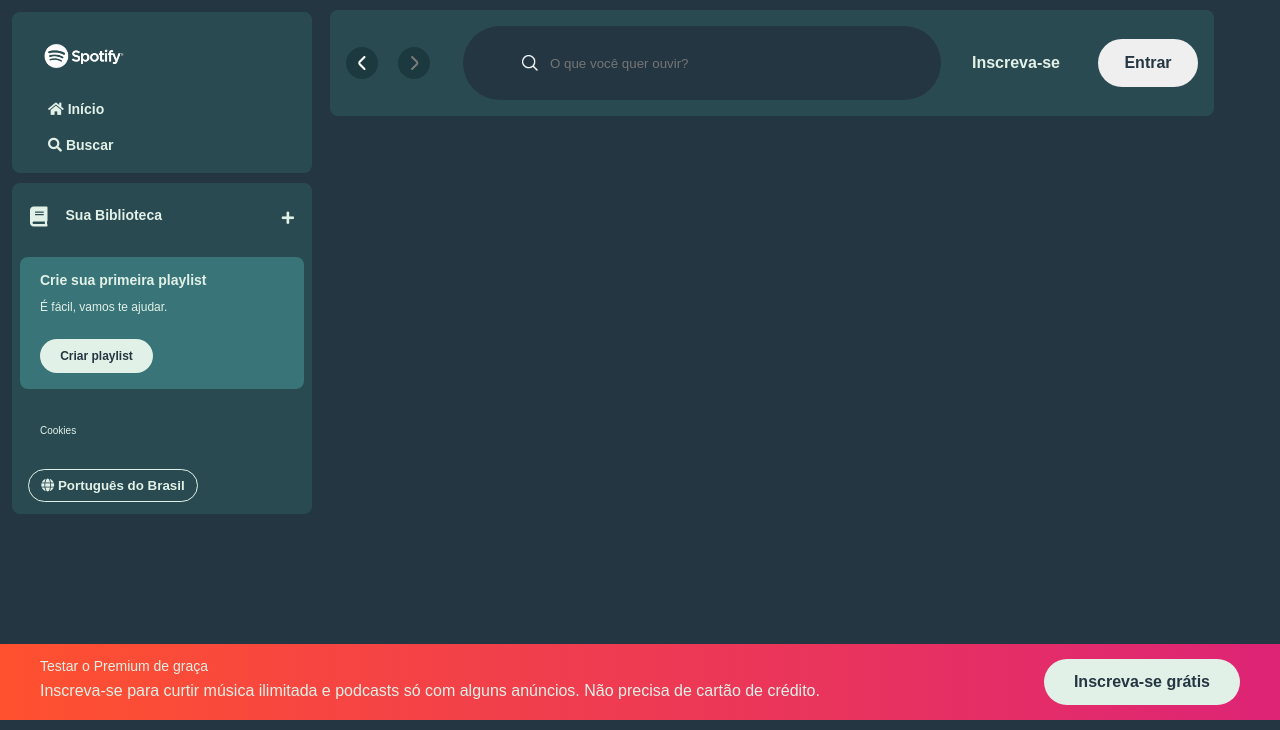
Repository: rafaazevedo-gs/Imers-o-Alura-Front-end
Page: index.html
An editor plug-in stored every save of this project. The page is shown before and after the next save, followed by the edit.
The browser window is 1280 px wide. The pictures show the whole page.

Above is the page before, as saved 2025-01-30 19:51:54.

### index.html
<!DOCTYPE html>
<html lang="pt-BR">
<head>
    <meta charset="UTF-8">
    <meta name="viewport" content="width=device-width, initial-scale=1.0">
    <title>Spotify</title>

    <link rel="stylesheet" href="./src/styles/reset.css">
    <link rel="stylesheet" href="./src/styles/vars.css">
    <link rel="stylesheet" href="./src/styles/sidebar-footer.css">
    <link rel="stylesheet" href="./src/styles/main-content.css">
    <link rel="stylesheet" href="https://use.fontawesome.com/releases/v5.15.4/css/solid.css"/>
    <link rel="stylesheet" href="https://use.fontawesome.com/releases/v5.15.4/css/fontawesome.css"/>

</head>
<body>
    <div class="sidebar">
        <nav class="sidebar__navigation">
            <div class="logo">
                <a href="">
                    <img src="./src/assets/icons/logo-spotify.png" alt="Spotify logo">
                </a>
                </div>
                    <ul>
                        <li>
                            <a href="">
                                <span class="fa fa-home"></span>
                                <span>Início</span>
                            </a>
                        </li>
                        <li>
                            <a href="">
                                <span class="fa fa-search"></span>
                                <span>Buscar</span>
                            </a>
                        </li>
                    </ul>
        </nav>
        <div class="library">
            <div class="library__content">
                <button class="library__button">
                    <span class="fa fas fa-book"></span>
                    <span>Sua Biblioteca</span>
                </button>
                <span class="fa fa-plus"></span>
        </div>

        <section class="section-playlist">
            <div class="section-playlist__content">
                <span class="text title">Crie sua primeira playlist</span>
                <span class="text subtitle">É fácil, vamos te ajudar.</span>
                <button class="section-playlist__button">
                    <span>Criar playlist</span>
                </button>
            </div>
        </section>
        <div class="cookies">
            <a href="">Cookies</a>
        </div>
        <div class="languages">
            <button class="languages__button">
                <span class="fa fa-globe"></span>
                <span>Português do Brasil</span>
            </button>
        </div>
    </div>
</div>

<main>
    <div class="main-container">
        <nav class="header__navigation">
            <div class="navigation">
                <button class="arrow-left">
                    <img src="./src/assets/icons/small-left.png" alt="Seta esquerda">
                </button>
                <button class="arrow-right">
                    <img src="./src/assets/icons/small-right.png" alt="Seta direita">
                </button>
            </div>
            <div class="header__search">
                <img src="./src/assets/icons/search.png" alt="">
                <input id="search-input" type="text" maxlength="800" placeholder="O que você quer ouvir?" />
            </div>
            <div class="header__login">
                <button class="subscribe">Inscreva-se</button>
                <button class="login">Entrar</button>
            </div>
        </nav>
    </div>
</main>

    <footer class="disclaimer-premium">
        <div class="text">
            <p class="disclaimer-premium__title">Testar o Premium de graça</p>
            <p class="disclaimer-premium__subtitle">Inscreva-se para curtir música ilimitada e podcasts só com alguns anúncios. Não precisa de cartão de crédito.</p>
        </div>
        <div class="button">
            <button type="button">Inscreva-se grátis</button>
        </div>
    </footer>

</body>
</html>

### src/styles/vars.css
:root {
/* FONT */
--font-dm-sans: 'DM Sans', sans-serif;

/*COLORS*/
--bg-icon: #2a4a51;
--bg-arrow-color: rgba(23, 50, 56, 0.7);
}

### src/styles/sidebar-footer.css
body {
    background-color: #243642;
    font-family: var(--font-dm-sans)
}

.sidebar {
    position: fixed;
    top: 0;
    left: 0;
    bottom: 0;
    padding: 12px;
    width: 300px;
}

.sidebar__navigation {
    background-color: #2a4a51;
    border-radius: 8px;
    padding: 16px 0 0 16px;
}

.sidebar__navigation .logo {
    background: #2a4a51;
    display: flex;
    border-radius: 8px;
    padding: 16px 0 0 16px;
}

.sidebar__navigation .logo img {
    width: 80px;

}

.sidebar ul li {
    padding: 10px 0;
}

.sidebar nav ul {
    margin-top: 20px;
    padding: 0 20px 10px 20px;
}

.sidebar nav ul li a {
    color: #E2F1E7;
    text-decoration: none;
    font-weight: 600;
    font-size: 14px;
}

.library {
    background-color: #2a4a51;
    border-radius: 8px;
    display: flex;
    justify-content: space-between;
    flex-direction: column;
    padding: 4px 8px;
    color: #E2F1E7;
    font-weight: 600;
    font-size: 14px;
    margin-top: 10px;
}

.library .library__content {
    display: flex;
    justify-content: space-between;
}

.library .library__button {
    display: flex;
    margin-right: 10px;
    color: #E2F1E7;
    background-color: transparent;
    border: 0px;
    font-size: 14px;
    font-weight: 700;
    text-align: center;
    text-decoration: none;
    text-transform: none;
    padding: 20px 10px;
}

.library .library__button .fa{
    font-size: 20px;
    font-weight: 300;
    color: #E2F1E7;
    margin-right: 10px;
    padding-right: 8px;
}

.library .library__content .fa-plus {
    margin: 24px 10px;
}

.section-playlist {
    display: flex;
    align-items: flex-start;
    justify-content: space-between;
    gap: 20px;
    background-color: #387478;
    border-radius: 8px;
    color: #E2F1E7;
    font-weight: 600;
    font-size: 14px;
    margin: 8px 0px;
    padding: 16px 20px;
}

.section-playlist .section-playlist__content {
    display: flex;
    flex-direction: column;
}

.section-playlist__content .text {
    padding-bottom: 14px;
    color: #E2F1E7;
}

.section-playlist__content .title {
    font-weight: 700;
}

.section-playlist__content .subtitle {
    font-weight: 500;
    font-size: 12px;
}

.section-playlist__content .section-playlist__button {
    display: flex;
    justify-content: center;
    background-color:#E2F1E7;
    color:#243642;
    border-radius: 20px;
    font-size: 12px;
    font-weight: 700;
    text-decoration: none;
    text-transform: none;
    padding: 10px;
    border: 0px;
    width: 113px;
    margin-top: 12px;
}

.sidebar .cookies {
    margin: 25px 20px;

}

.sidebar .cookies a {
    color: #E2F1E7;
    font-weight: 500;
    font-size: 10px;
    text-decoration: none;
}

.sidebar .cookies a:hover {
    text-decoration: underline;
}

.languages .languages__button {
    background-color:transparent;
    border: 1px solid #E2F1E7;
    border-radius: 20px;
    color: #E2F1E7;
    cursor: pointer;
    align-items: center;
    font-weight: bold;
    width: 170px;
    margin: 8px;
    padding: 8px;
}

.disclaimer-premium {
    position: fixed;
    bottom: 0;
    left: 0;
    right: 0;
    background:linear-gradient(to right, #ff512f, #dd2476);
    padding: 15px 40px;
    display: flex;
    justify-content: space-between;
}

.disclaimer-premium .tex {
    flex-shrink: 0;
}

.disclaimer-premium .disclaimer-premium__title {
    color: #E2F1E7;
    font-weight: 400;
    font-size: 14px;
    margin-bottom: 10px;
}

.disclaimer-premium .disclaimer-premium__subtitle {
    color: #E2F1E7;
    font-weight: 500;
    font-size: 16px;
}

.disclaimer-premium button {
    background-color: #E2F1E7;
    color:#243642;
    font-size: 16px;
    font-weight: bold;
    padding: 14px 30px;
    border: 0px;
    border-radius: 40px;
    cursor: pointer;
    flex-shrink: 0;
}

### src/styles/main-content.css
/* HEADER */

.main-container {
    max-width: 80vw;
    height: 100vh;
    margin-left: 320px;
    margin-right: 56px;
}

.header__navigation {
    display: flex;
    justify-content: space-between;
    align-items: center;
    padding: 16px;
    margin: 10px;
    border-radius: 8px;
    background-color: #2a4a51;
}

.header__navigation .navigation {
    display: flex;
    justify-content:space-around;
    align-items: center;
}

.header__navigation .navigation .arrow-left {
    margin-right: 1.25rem;
}

.arrow-left, .arrow-right {
    display: flex;
    align-items: center;
    justify-content: center;
    width: 32px;
    height: 32px;
    background: var(--bg-icon);
    background-color: var(--bg-arrow-color);
    border-radius: 50%;
    border: none;
    cursor: pointer;
}

.header__login {
    display: flex;
    align-items: center;
}

.header__search {
    display: flex;
    align-items: center;
    width: 364px;
    height: 48px;
    margin-left: 8px;
    background-color: #243642;
    border-radius: 500px;
    border: 1px solid transparent;
    padding: 12px 64px 12px 48px;
}

.header__search img {
    width: 16px;
    height: 16px;
    margin-left: 10px;
}

.header__search input {
    background: transparent;
    border: none;
    padding: 0px 100px 0px 12px;
    color:#E2F1E7;
    text-overflow: ellipsis;
    overflow: hidden;
    white-space: nowrap;
    outline: none;
}

.header__login .subscribe {
    color: #E2F1E7;
    font-size: 16px;
    font-weight: 700;
    background-color: transparent;
    margin-right: 32px;
    border: none;
}

.header__login .login {
    width: 100px;
    height: 48px;
    color: #243642;
    font-size: 16px;
    font-weight: 700;
    border-radius: 40px;
    border: none;
    cursor: pointer;
}

Loaded but not shown: src/styles/reset.css (common file)

After the next save:
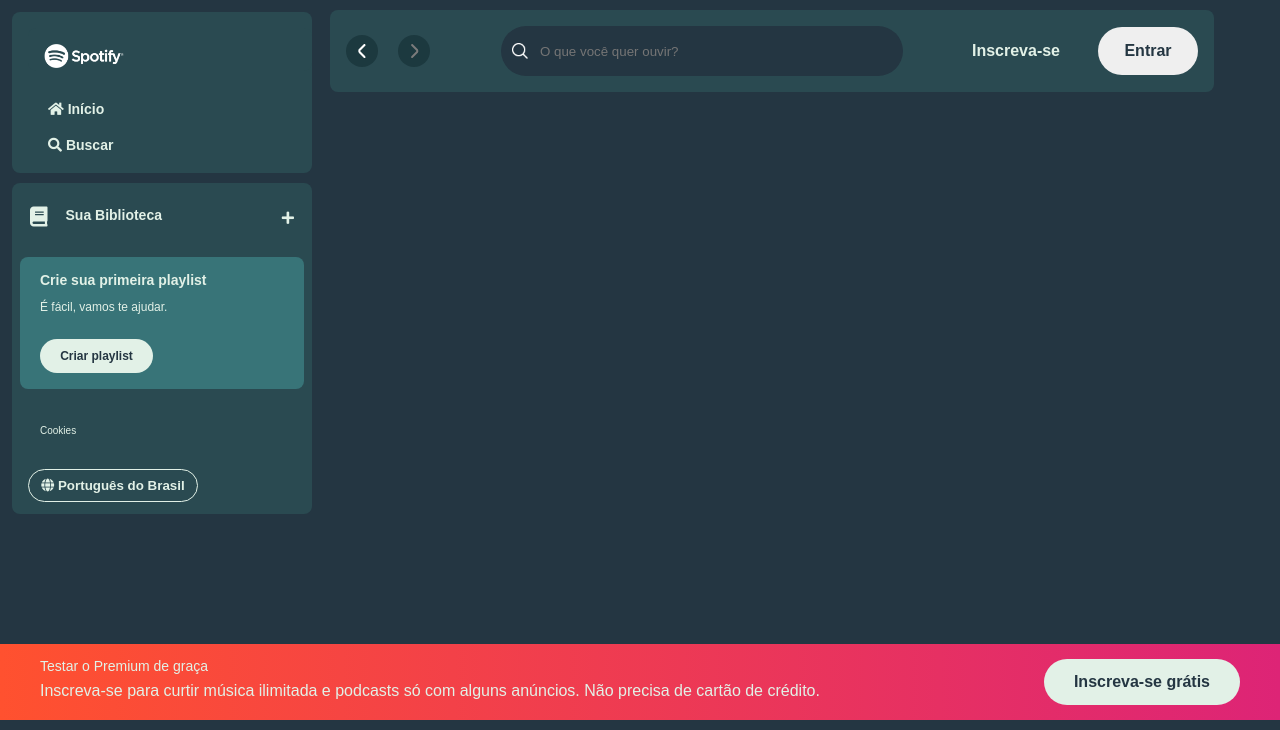
Saved 37 s later.
--- a/src/styles/main-content.css
+++ b/src/styles/main-content.css
@@ -48,13 +48,12 @@
 .header__search {
     display: flex;
     align-items: center;
-    width: 364px;
+    width: 400px;
     height: 48px;
     margin-left: 8px;
     background-color: #243642;
     border-radius: 500px;
     border: 1px solid transparent;
-    padding: 12px 64px 12px 48px;
 }
 
 .header__search img {
